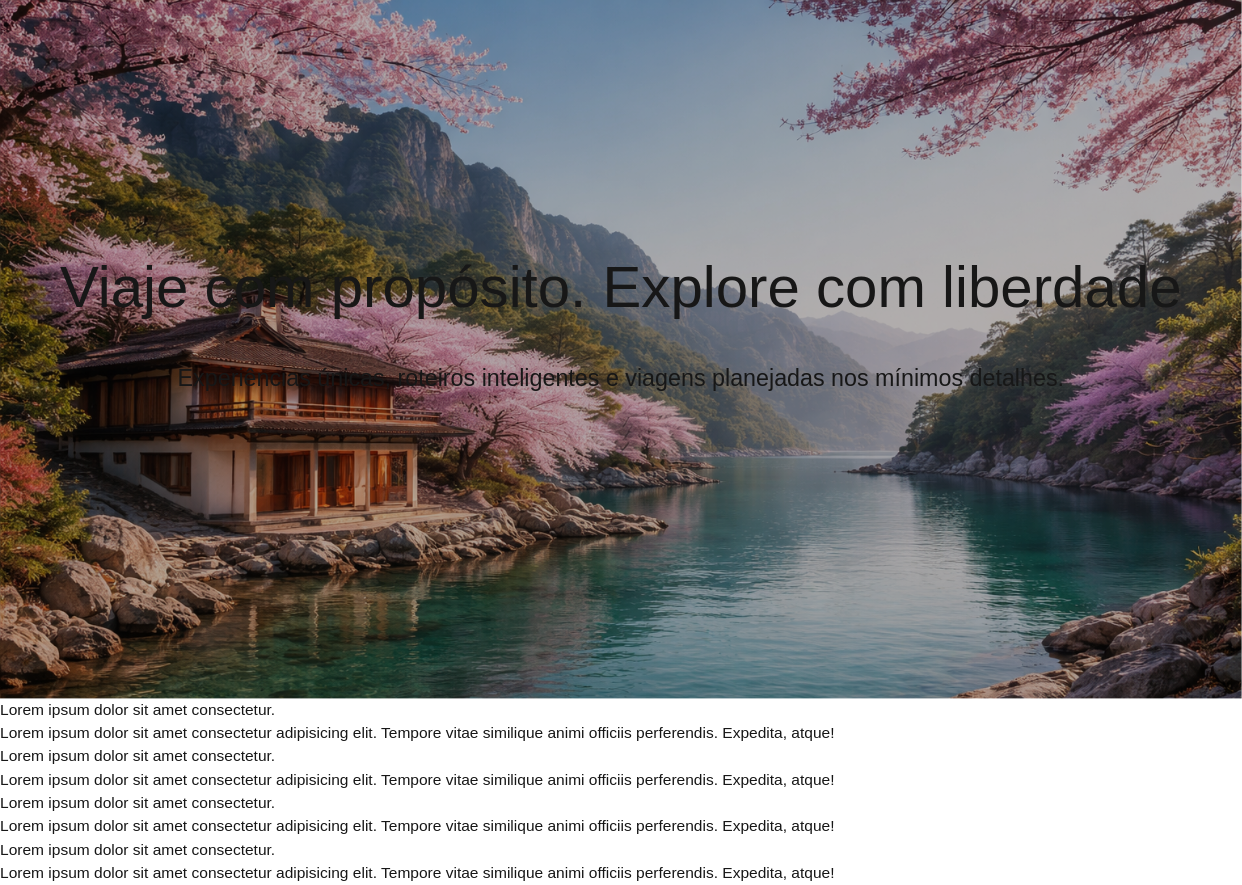
Repository: pedroantoniosi/tripicon-site
Page: /home
The author's editor kept a copy of each file at every save. The page is drawn from the files as they stood at one save, then again after the next save.
The browser window is 1280 px wide. The pictures show the whole page, at 97% of full size.
The project was rebuilt for these pictures with package versions that can differ from the ones it lists, and the page was loaded fresh each time. The framework's server and built-in components were replaced by stand-ins that run in the browser. Also part of the build but not shown: next.config.ts.

Above is the page before, as saved 2026-03-31 20:11:32.

After the next save:
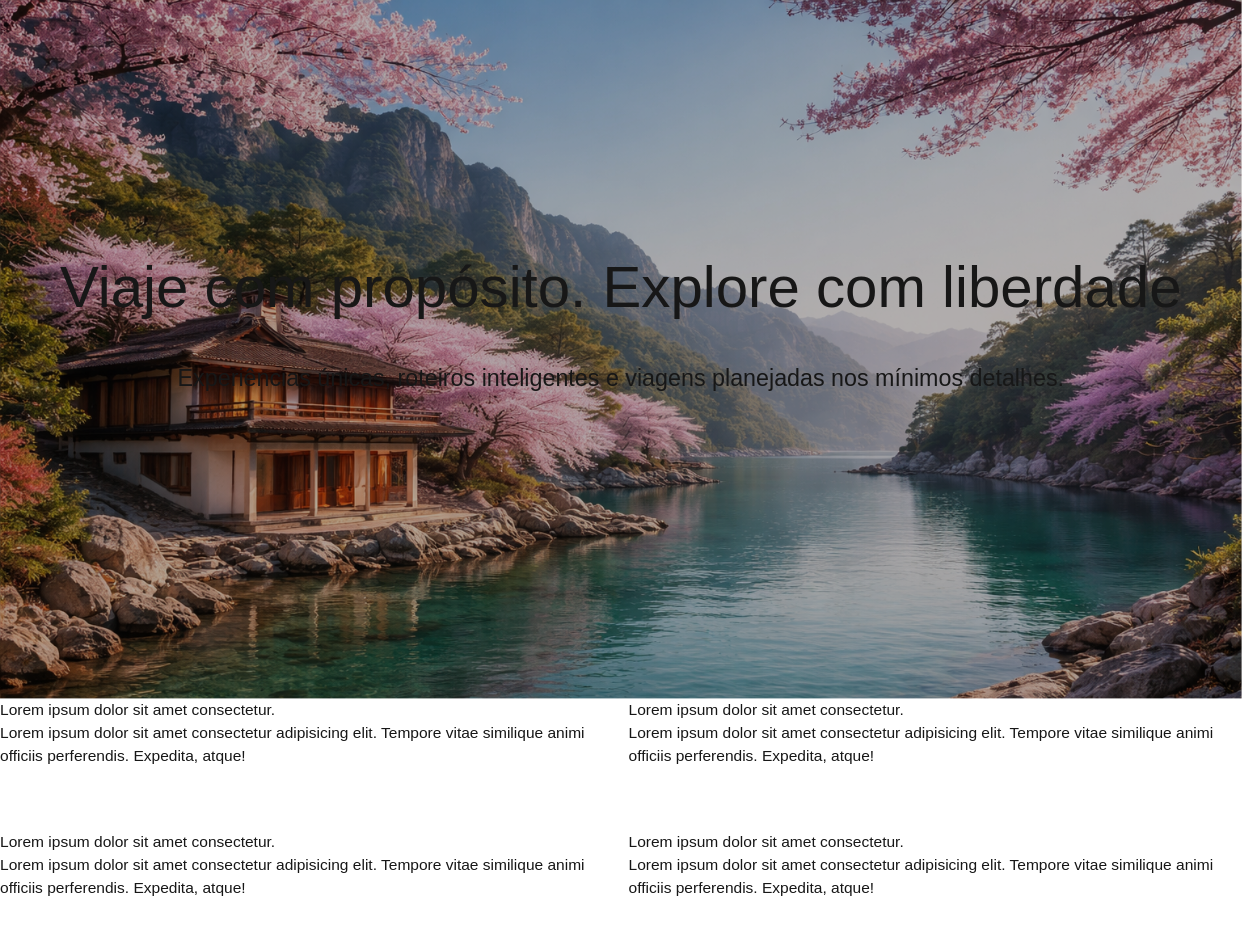
Saved 13 s later.
--- a/src/app/home/page.tsx
+++ b/src/app/home/page.tsx
@@ -15,7 +15,7 @@ export default function Home() {
           </p>
         </div>
       </div>
-      <div className="grid-rows-3 gap-4">
+      <div className="grid grid-cols-2 grid-rows-2 gap-4 h-64">
         <div className="card">
           <img src="" alt="" />
           <div className="caption">
